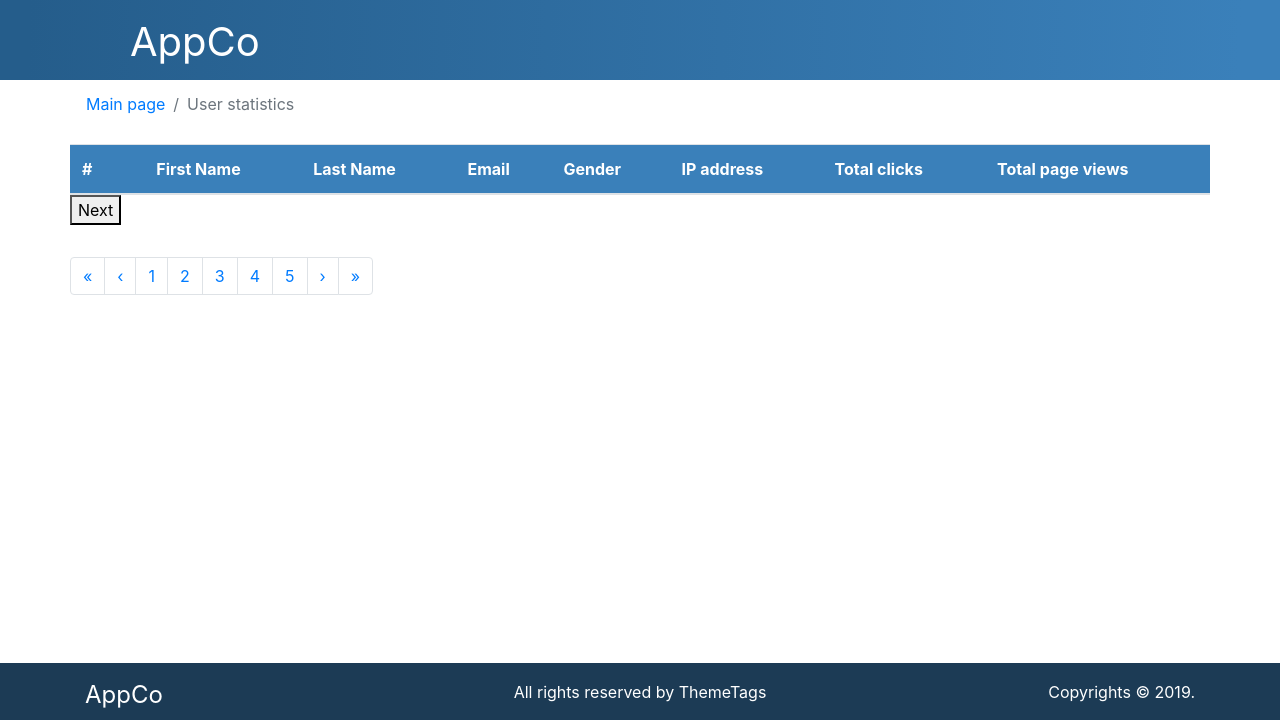
Repository: andbilous/user-statistics-app
Page: /
The author's editor kept a copy of each file at every save. The page is drawn from the files as they stood at one save, then again after the next save.
The browser window is 1280 px wide. The pictures show the whole page.
The page's requests for data from a server got no answer. The project was rebuilt for these pictures with package versions that can differ from the ones it lists, and the page was loaded fresh each time. No one was signed in, and anything a server would have sent is missing. Also part of the build but not shown: src/components/brainstorming/index.js, src/components/reasons/reasons.scss, src/components/reasons/index.js, src/components/footer/footer.scss, src/components/footer/index.js, src/pages/Main.jsx.

Above is the page before, as saved 2020-06-22 17:02:56.

After the next save:
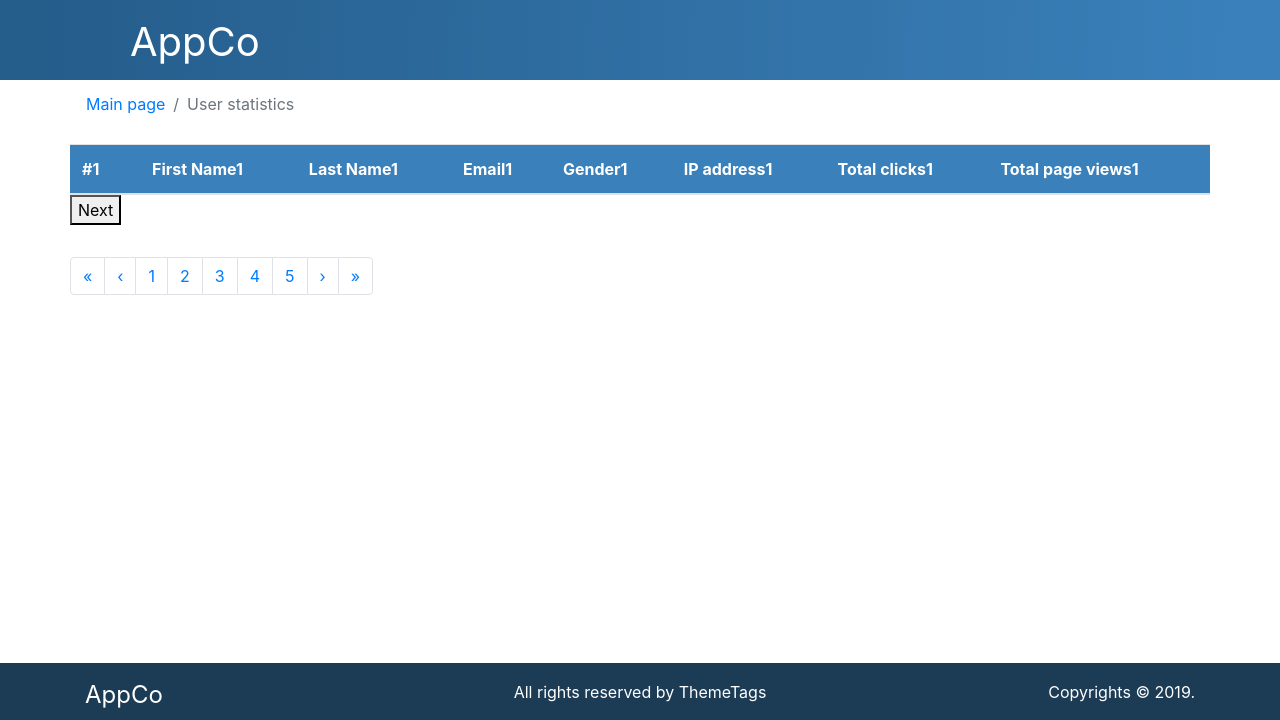
Saved 13 s later.
--- a/src/App.scss
+++ b/src/App.scss
@@ -15,7 +15,7 @@
     color: #fff;
   }
   th::after {
-    content: "";
+    content: "1";
     color: white;
     width: 1px;
     height: 5px;

After the 2 saves that followed:
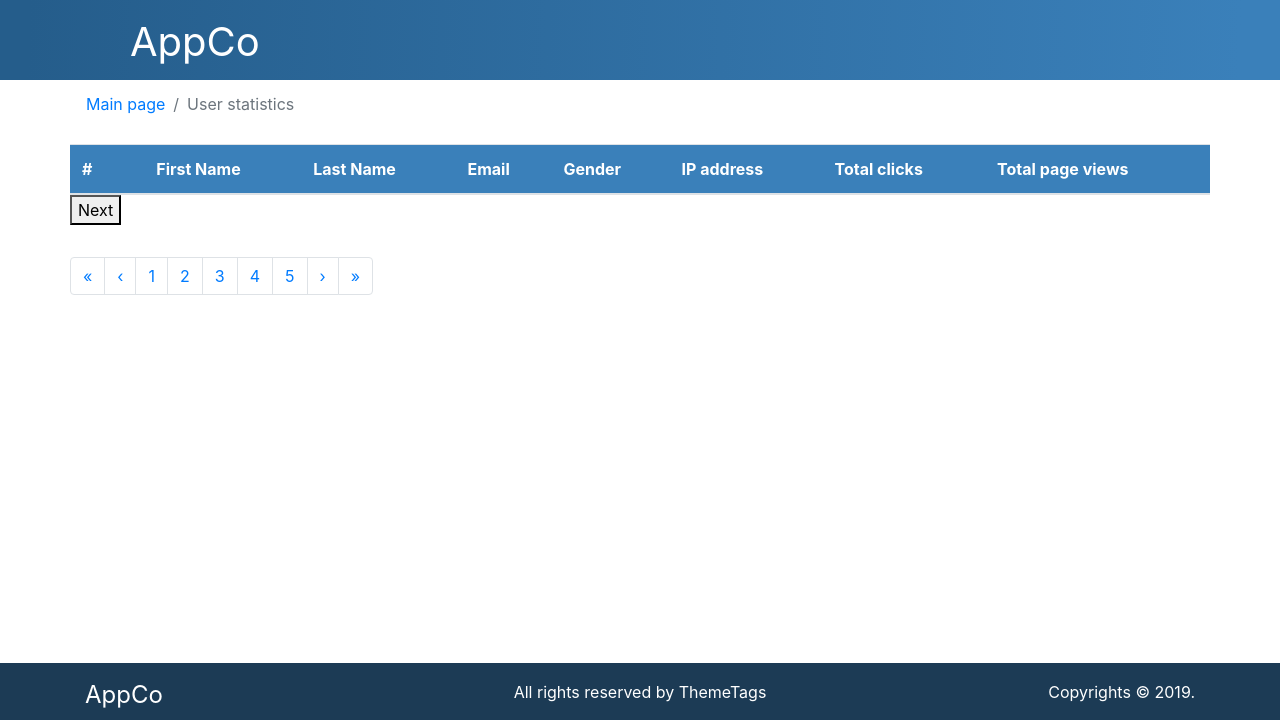
The 2 saves are shown as one change because they came seconds apart.
The last was saved 18 s later.
--- a/src/App.scss
+++ b/src/App.scss
@@ -14,12 +14,6 @@
     background: #3A80BA;
     color: #fff;
   }
-  th::after {
-    content: "1";
-    color: white;
-    width: 1px;
-    height: 5px;
- }
 }
 
 .breadcrumb {
